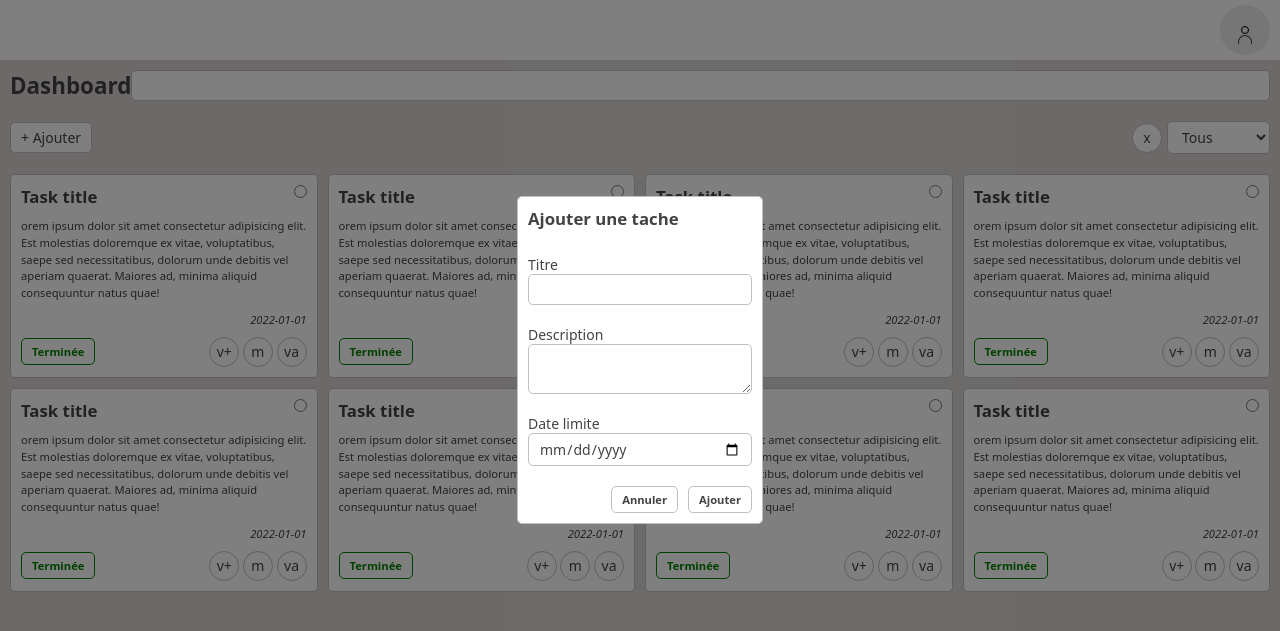
Repository: zpaulange/task_manager
Page: dashboard/index.html
These files come from the project's save history. The page is drawn as it stood at one moment and after the next save; the edit follows.
The browser window is 1280 px wide. The pictures show the whole page.

Above is the page before, as saved 2025-03-06 16:18:36.

After the next save:
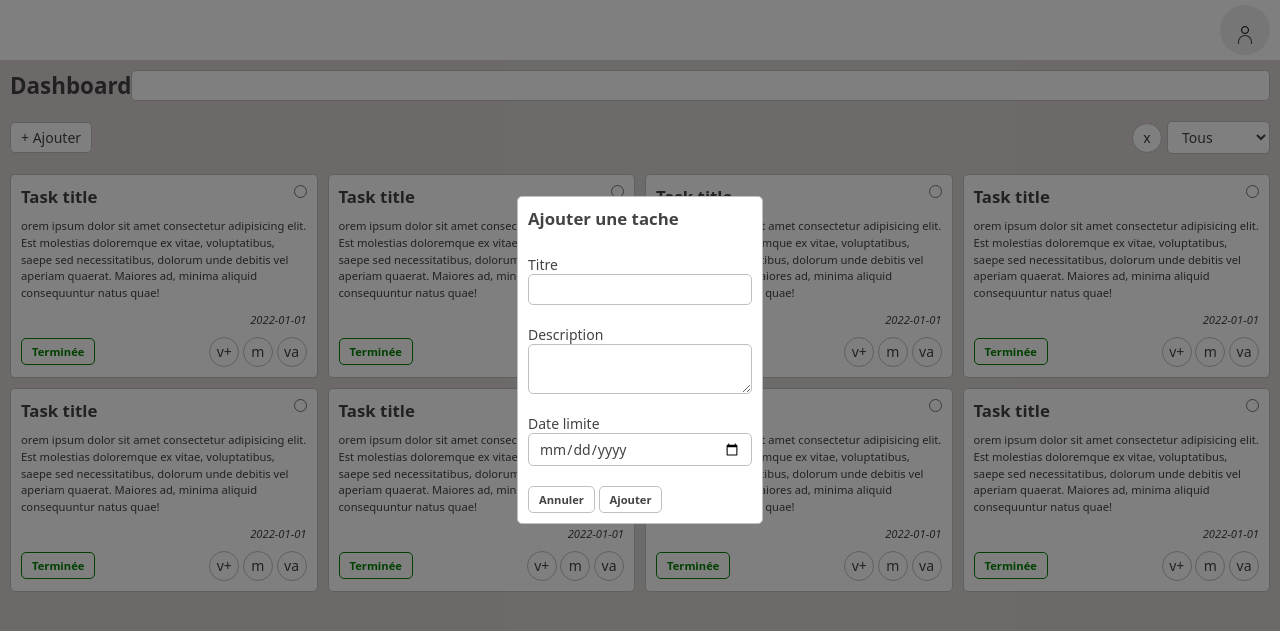
Saved 83 s later.
--- a/assets/styles/dashboard/style.css
+++ b/assets/styles/dashboard/style.css
@@ -253,6 +253,7 @@
 .form_item{
   margin-bottom:20px;
 }
+.form_item lable
 .form_item-btn{
   margin-top:10px;
   display: flex;

After the save that followed:
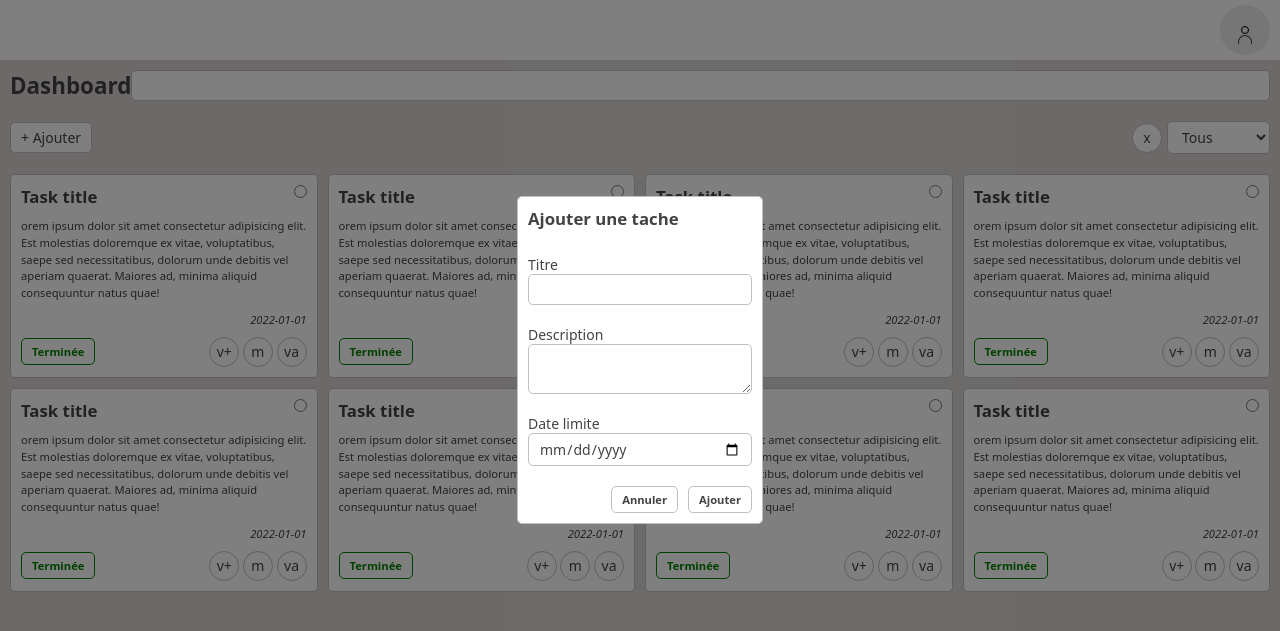
Saved 9 s later.
--- a/assets/styles/dashboard/style.css
+++ b/assets/styles/dashboard/style.css
@@ -253,7 +253,9 @@
 .form_item{
   margin-bottom:20px;
 }
-.form_item lable
+.form_item label{
+  margin-bottom:3px;
+}
 .form_item-btn{
   margin-top:10px;
   display: flex;
